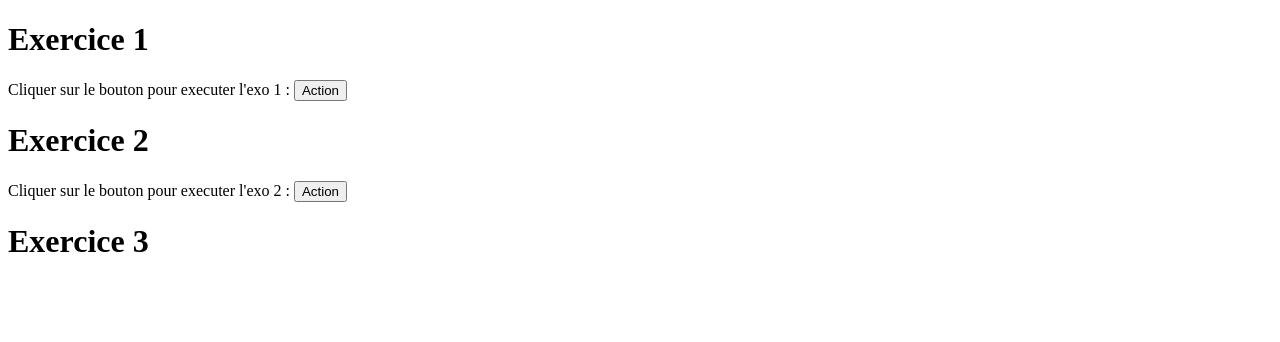
Repository: AgatheLM/formation_js
Page: insee-travaux-js/insee-client-js/exo1.html
The author's editor kept a copy of each file at every save. The page is drawn from the files as they stood at one save, then again after the next save.
The browser window is 1280 px wide. The pictures show the whole page.

Above is the page before, as saved 2018-01-24 11:23:51.

### insee-travaux-js/insee-client-js/exo1.html
<!DOCTYPE html>
<html>
<head>
<meta charset="utf-8">
<meta http-equiv="X-UA-Compatible" content="IE=edge">
<title>Ma page de calcul</title>
<script type="text/javascript" src="scripts/main.js"></script>
</head>
<body>

	<h1> Exercice 1 </h1>
	<form action="">
		Cliquer sur le bouton pour executer l'exo 1 : <input type="button"
			value="Action" onclick="main()" />
	</form>

	<h1> Exercice 2 </h1>
	<form action="">
		Cliquer sur le bouton pour executer l'exo 2 : <input type="button"
			value="Action" onclick="main_exo2()" />
	</form>

	<h1> Exercice 3 </h1>
	<form action=""></form>


</body>
</html>

### insee-travaux-js/insee-client-js/scripts/main.js
function main(){

	// Exercice 1
	try{
		// 1 - Demande à l'utilisateur
		var largeur = prompt ('Renseigner la largeur?','');
		var longueur = prompt ('Renseigner la longueur?','');
		//2. Appel aux fonctions utilitaires
		var surface=calculSurface(longueur, largeur);
		var perimetre=calculPerimetre(longueur, largeur);
		//3. Affichage du résultat
		alert ("La surface est de " + surface);
		alert ("Le périmètre est de " + perimetre);
	} catch(e) {
		console.log(e);
	}


}

function main_exo2(){

	/*Exercice 2 : Manipulation des tableaux
	Nous souhaitons afficher les éléments d’un tableau selon l’indice fourni par un utilisateur.
	Cette action sera répétée autant de fois jusqu’à ce que l’utilisateur saisisse le nombre « -1 » pour sortir.
	Travail à faire :
	- Coder une fonction qui initialisera le tableau ci dessous :
	var tab = new Array("Hollande","ZOME","Sarkozy","LE PEN","LE MAIRE","VALLS"
	- Faire pointer l’action du bouton sur cette nouvelle fonction.
	*/

	try{
		var tab = initTableau();
		var max=tab.length;
		var i = 0;
		while (i!=-1 ){
			i = parseInt(prompt ('Quel élément voulez vous?'));
			if ( i<max){
				alert(afficheElement(tab,i));
				//i = prompt ('Quel élément voulez vous?');
			} else  {
				alert ("Indice incorrect, il n'y a que " + max + " élements");
				//i = prompt ('Quel élément voulez vous?');
			}
		}

	} catch(e) {
		console.log(e);
	}


}



/*************************
* Sous fonctions exo 1   *
*************************/


	function calculSurface (longueur, largeur)  {
		try {
			surface=longueur*largeur;
			return surface;
		} catch(e){
			console.log(e);
		}

	}

	function calculPerimetre (longueur, largeur){
		try {
			perimetre=2*longueur+2*largeur;
			return perimetre;
		}catch(e){
			console.log(e);
		}

	}


/*************************
* Sous fonctions exo 2   *
*************************/

	function initTableau(){
		return new Array("Hollande","ZOME","Sarkozy","LE PEN","LE MAIRE","VALLS");
	}


	function afficheElement(tab, i){
		return tab[i];
	}

After the next save:
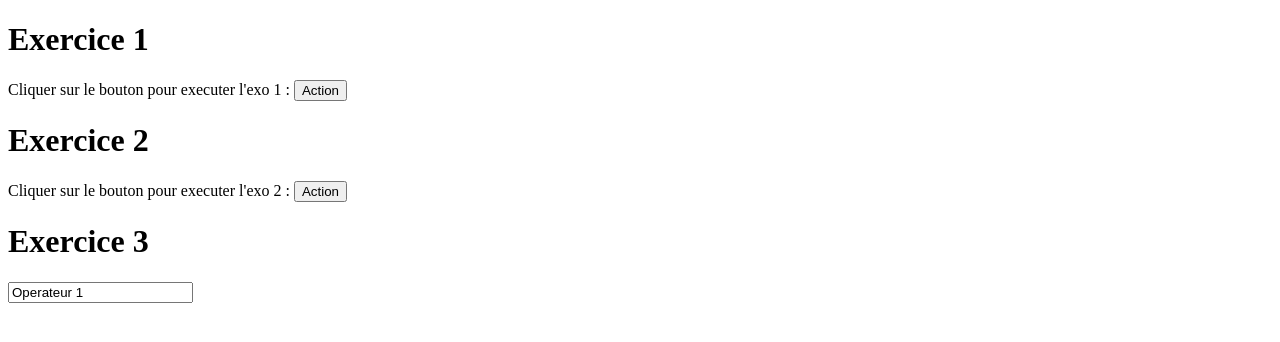
Saved 109 s later.
--- a/insee-travaux-js/insee-client-js/exo1.html
+++ b/insee-travaux-js/insee-client-js/exo1.html
@@ -21,7 +21,13 @@
 	</form>
 
 	<h1> Exercice 3 </h1>
-	<form action=""></form>
+	<form action="">
+		<tr>
+			<td><input type="test" name="op1" id="op1" value="Operateur 1" /> </td>
+
+		</tr>
+
+	</form>
 
 
 </body>
